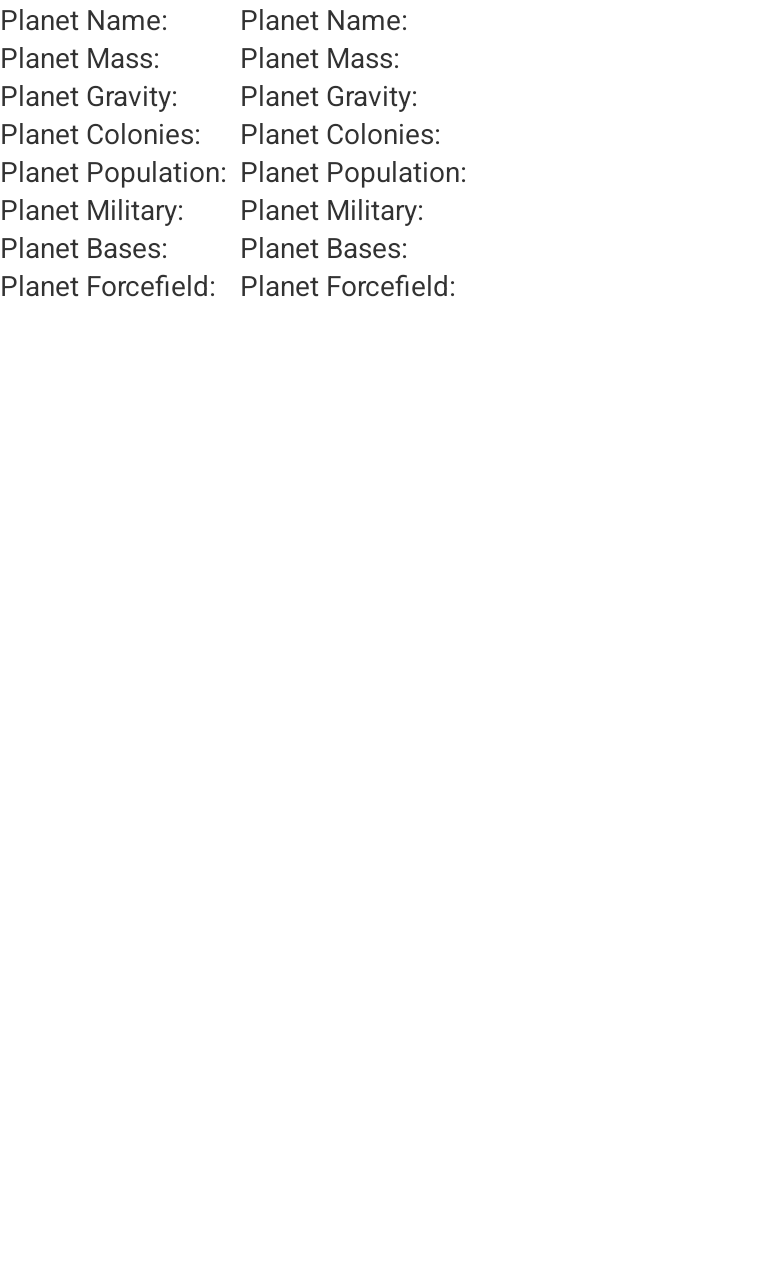
Repository: blender-head/android_basic
Layout: Hello_World/res/layout/activity_main.xml
These files come from the project's save history. The layout is drawn as it stood at one moment and after the next save; the edit follows.
It is drawn on a 768 x 1280 px phone screen (xhdpi) without system bars, with theme AppTheme; the app's code is not run. The app's manifest (not shown) leaves right-to-left support off. So textAlignment, textDirection and layoutDirection are ignored, and left and right values win over start and end ones.

Above is the layout before, as saved 2013-12-31 16:52:34.

### Hello_World/res/layout/activity_main.xml
<RelativeLayout xmlns:android="http://schemas.android.com/apk/res/android"
    xmlns:tools="http://schemas.android.com/tools"
    android:layout_width="match_parent"
    android:layout_height="match_parent"
    tools:context=".MainActivity" >

    <!-- Planet Name label -->
	<TextView
        android:id="@+id/textView1"
        android:layout_width="wrap_content"
        android:layout_height="wrap_content"
        android:text="@string/planet_name_label" />

	<!-- Planet Name data -->
	<TextView
        android:id="@+id/dataView1"
        android:layout_toRightOf="@+id/textView1"
        android:layout_marginLeft="36dip"
        android:layout_width="wrap_content"
        android:layout_height="wrap_content"
        android:text="@string/planet_name_label" />

	<!-- Planet Mass label -->
	<TextView
        android:id="@+id/textView2"
        android:layout_below="@+id/textView1"
        android:layout_width="wrap_content"
        android:layout_height="wrap_content"
        android:text="@string/planet_mass_label" />

	<!-- Planet Gravity label -->
	<TextView
        android:id="@+id/textView3"
        android:layout_below="@+id/textView2"
        android:layout_width="wrap_content"
        android:layout_height="wrap_content"
        android:text="@string/planet_gravity_label" />

	<!-- Planet Colonies label -->
	<TextView
        android:id="@+id/textView4"
        android:layout_below="@+id/textView3"
        android:layout_width="wrap_content"
        android:layout_height="wrap_content"
        android:text="@string/planet_colonies_label" />

	<!-- Planet Colonies data -->
	<TextView
        android:id="@+id/dataView4"
        android:layout_toRightOf="@+id/textView4"
        android:layout_alignStart="@+id/dataView1"
        android:layout_below="@+id/dataView3"
        android:layout_width="wrap_content"
        android:layout_height="wrap_content"
        android:text="@string/planet_colonies_label" />

	<!-- Planet Poulation label -->
	<TextView
        android:id="@+id/textView5"
        android:layout_below="@+id/textView4"
        android:layout_width="wrap_content"
        android:layout_height="wrap_content"
        android:text="@string/planet_population_label" />

	<!-- Planet Poulation data -->
	<TextView
        android:id="@+id/dataView5"
        android:layout_toRightOf="@+id/textView5"
        android:layout_alignStart="@+id/dataView1"
        android:layout_below="@+id/dataView4"
        android:layout_width="wrap_content"
        android:layout_height="wrap_content"
        android:text="@string/planet_population_label" />

	<!-- Planet Military label -->
	<TextView
        android:id="@+id/textView6"
        android:layout_below="@+id/textView5"
        android:layout_width="wrap_content"
        android:layout_height="wrap_content"
        android:text="@string/planet_military_label" />

	<!-- Planet Military data -->
	<TextView
        android:id="@+id/dataView6"
        android:layout_toRightOf="@+id/textView6"
        android:layout_alignStart="@+id/dataView1"
        android:layout_below="@+id/dataView5"
        android:layout_width="wrap_content"
        android:layout_height="wrap_content"
        android:text="@string/planet_military_label" />

	<!-- Planet Base label -->
	<TextView
        android:id="@+id/textView7"
        android:layout_below="@+id/textView6"
        android:layout_width="wrap_content"
        android:layout_height="wrap_content"
        android:text="@string/planet_bases_label" />

	<!-- Planet Base data -->
	<TextView
        android:id="@+id/dataView7"
        android:layout_toRightOf="@+id/textView7"
        android:layout_alignStart="@+id/dataView1"
        android:layout_below="@+id/dataView6"
        android:layout_width="wrap_content"
        android:layout_height="wrap_content"
        android:text="@string/planet_bases_label" />

	<!-- Planet Force Field label -->
	<TextView
        android:id="@+id/textView8"
        android:layout_below="@+id/textView7"
        android:layout_width="wrap_content"
        android:layout_height="wrap_content"
        android:text="@string/planet_forcefield_label" />

	<!-- Planet Force Field data -->
	<TextView
        android:id="@+id/dataView8"
        android:layout_toRightOf="@+id/textView8"
        android:layout_alignStart="@+id/dataView1"
        android:layout_below="@+id/dataView7"
        android:layout_width="wrap_content"
        android:layout_height="wrap_content"
        android:text="@string/planet_forcefield_label" />

	<!-- Planet Mass data -->
	<TextView
	    android:id="@+id/dataView2"
	    android:layout_width="wrap_content"
	    android:layout_height="wrap_content"
	    android:layout_alignBaseline="@+id/textView2"
	    android:layout_alignBottom="@+id/textView2"
	    android:layout_alignLeft="@+id/dataView1"
	    android:layout_alignStart="@+id/dataView1"
	    android:text="@string/planet_mass_label" />

	<!-- Planet Gravity data -->
	<TextView
	    android:id="@+id/dataView3"
	    android:layout_width="wrap_content"
	    android:layout_height="wrap_content"
	    android:layout_above="@+id/textView4"
	    android:layout_alignLeft="@+id/dataView2"
	    android:layout_alignStart="@+id/dataView1"
	    android:text="@string/planet_gravity_label" />

</RelativeLayout>

### Hello_World/res/values/strings.xml
<?xml version="1.0" encoding="utf-8"?>
<resources>

    <string name="app_name">Hello_World</string>
    <string name="action_settings">Settings</string>
    <string name="hello_world">Hello world!</string>

    <string name="planet_name_label">Planet Name: </string>
	<string name="planet_mass_label">Planet Mass: </string>
	<string name="planet_gravity_label">Planet Gravity: </string>
	<string name="planet_colonies_label">Planet Colonies: </string>
	<string name="planet_population_label">Planet Population: </string>
	<string name="planet_military_label">Planet Military: </string>
	<string name="planet_bases_label">Planet Bases: </string>
	<string name="planet_forcefield_label">Planet Forcefield: </string>

</resources>

Loaded but not shown: Hello_World/res/values/styles.xml (common file); Hello_World/res/values-v11/styles.xml (common file); Hello_World/res/values-v14/styles.xml (common file)

After the next save:
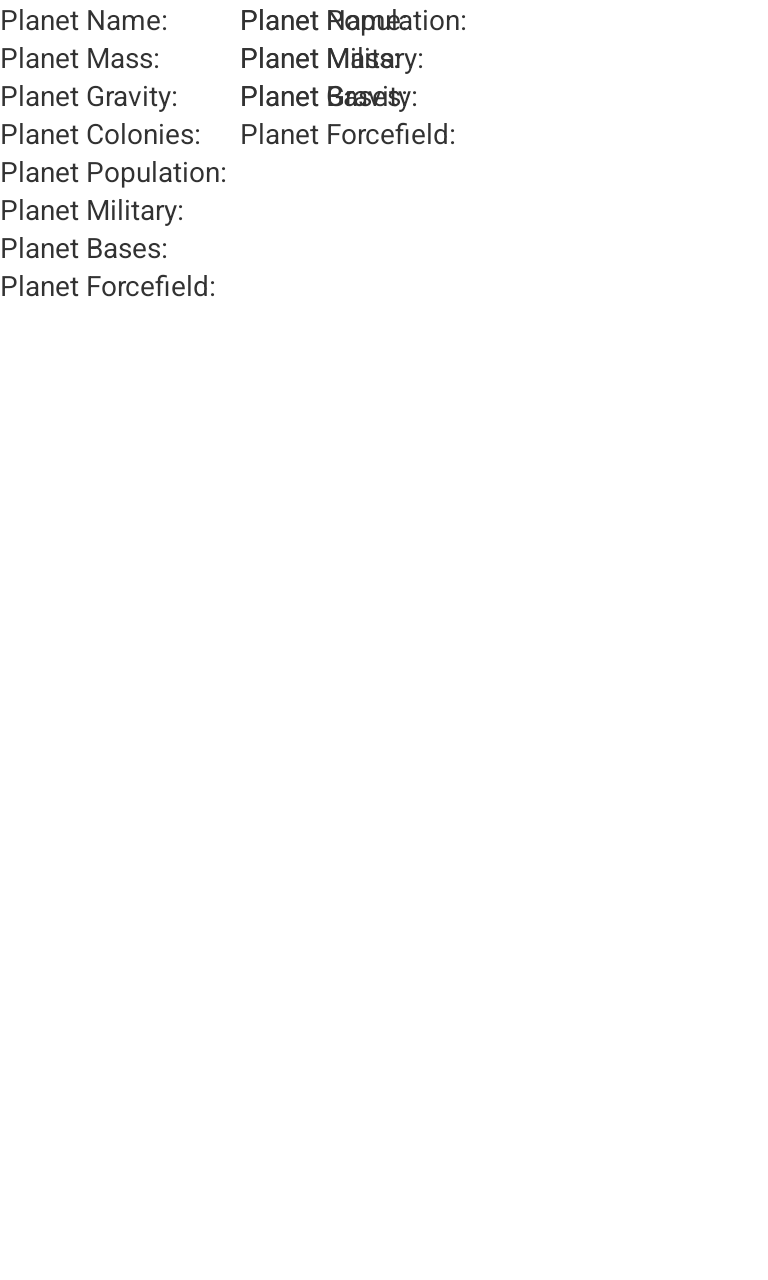
Saved 71 s later.
--- a/Hello_World/res/layout/activity_main.xml
+++ b/Hello_World/res/layout/activity_main.xml
@@ -40,16 +40,6 @@
 	<TextView
         android:id="@+id/textView4"
         android:layout_below="@+id/textView3"
-        android:layout_width="wrap_content"
-        android:layout_height="wrap_content"
-        android:text="@string/planet_colonies_label" />
-
-	<!-- Planet Colonies data -->
-	<TextView
-        android:id="@+id/dataView4"
-        android:layout_toRightOf="@+id/textView4"
-        android:layout_alignStart="@+id/dataView1"
-        android:layout_below="@+id/dataView3"
         android:layout_width="wrap_content"
         android:layout_height="wrap_content"
         android:text="@string/planet_colonies_label" />

After the save that followed:
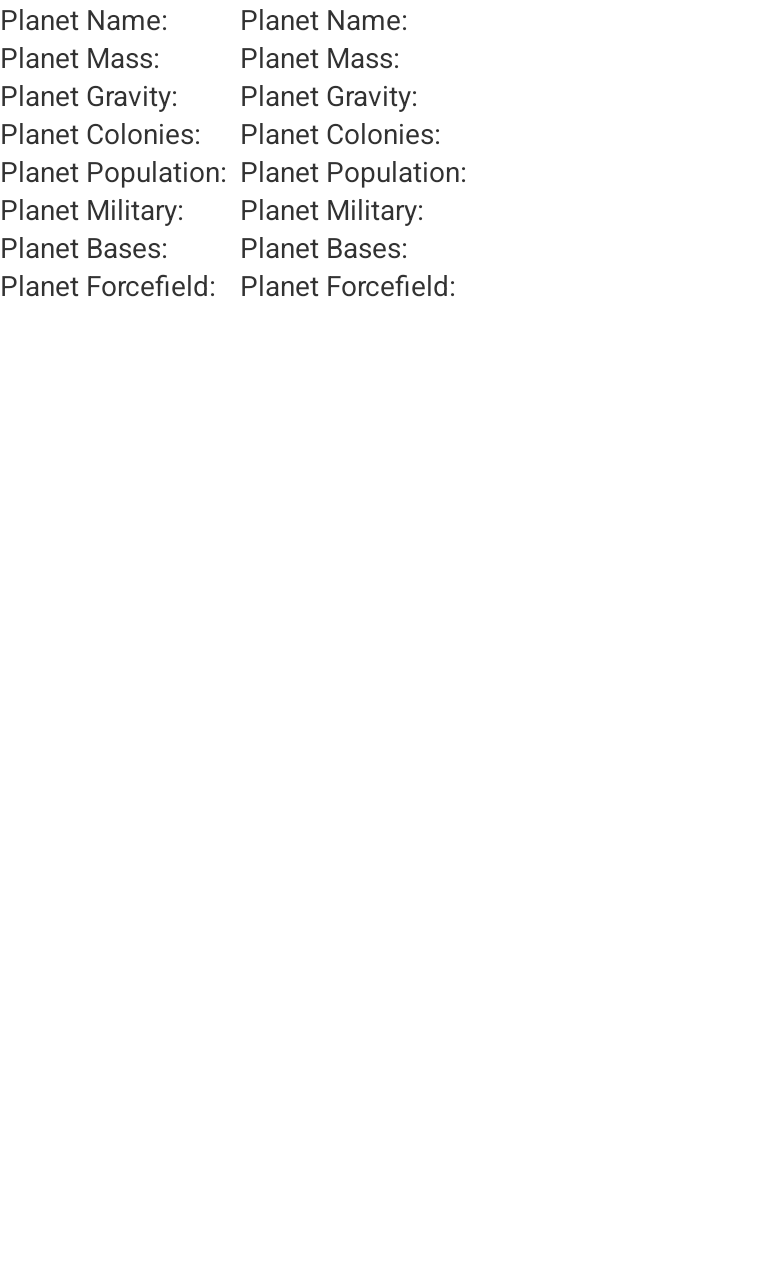
Saved 6 s later.
--- a/Hello_World/res/layout/activity_main.xml
+++ b/Hello_World/res/layout/activity_main.xml
@@ -137,4 +137,14 @@
 	    android:layout_alignStart="@+id/dataView1"
 	    android:text="@string/planet_gravity_label" />
 
+	<!-- Planet Colonies data -->
+	<TextView
+        android:id="@+id/dataView4"
+        android:layout_toRightOf="@+id/textView4"
+        android:layout_alignStart="@+id/dataView1"
+        android:layout_below="@+id/dataView3"
+        android:layout_width="wrap_content"
+        android:layout_height="wrap_content"
+        android:text="@string/planet_colonies_label" />
+
 </RelativeLayout>
